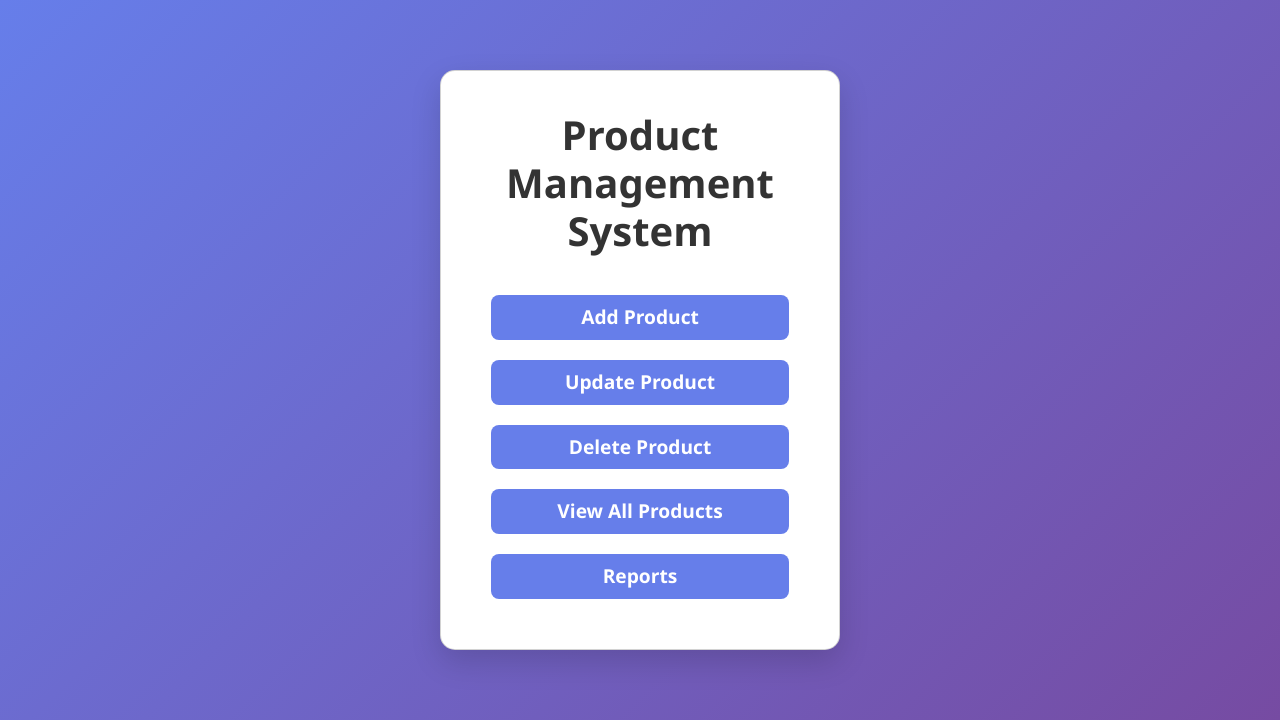
Repository: srushtinb/ProductManagementSystem
Page: http://localhost/ProductManagementSystem/
These files come from the project's save history. The page is drawn as it stood at one moment and after the next save; the edit follows.
The browser window is 1280 px wide. The pictures show the whole page.
Some web libraries are served in a nearby version. The page is served by Tomcat 9. Other server files are loaded and not shown.

Above is the page before, as saved 2025-05-27 10:09:54.

### ProductManagementSystem/src/main/webapp/index.jsp
<%@ page contentType="text/html;charset=UTF-8" language="java" %>
<!DOCTYPE html>
<html lang="en">
<head>
  <meta charset="UTF-8" />
  <meta name="viewport" content="width=device-width, initial-scale=1" />
  <title>Product Management System</title>
  <link href="https://cdn.jsdelivr.net/npm/bootstrap@5.4.3/dist/css/bootstrap.min.css" rel="stylesheet" />
  <style>
    body {
      background: linear-gradient(135deg, #667eea 0%, #764ba2 100%);
      height: 100vh;
      display: flex;
      align-items: center;
      justify-content: center;
      font-family: 'Segoe UI', Tahoma, Geneva, Verdana, sans-serif;
      margin: 0;
    }
    .card {
      background: #ffffff;
      border-radius: 15px;
      padding: 40px 50px;
      box-shadow: 0 12px 30px rgb(0 0 0 / 0.15);
      max-width: 400px;
      width: 100%;
      text-align: center;
    }
    h1 {
      font-weight: 700;
      margin-bottom: 30px;
      color: #333;
    }
    .btn-lg {
      margin: 10px 0;
      width: 100%;
      font-weight: 600;
      font-size: 1.2rem;
      border-radius: 8px;
      transition: all 0.3s ease;
    }
    .btn-primary {
      background-color: #667eea;
      border: none;
    }
    .btn-primary:hover {
      background-color: #5563d4;
    }
  </style>
</head>
<body>

  <div class="card">
    <h1>Product Management System</h1>
    <a href="productadd.jsp" class="btn btn-primary btn-lg">Add Product</a>
    <a href="productupdate.jsp" class="btn btn-primary btn-lg">Update Product</a>
    <a href="productdelete.jsp" class="btn btn-primary btn-lg">Delete Product</a>
    <a href="DisplayProductsServlet" class="btn btn-primary btn-lg">View All Products</a>
    <a href="reports.jsp" class="btn btn-primary btn-lg">Reports</a>
  </div>

  <script src="https://cdn.jsdelivr.net/npm/bootstrap@5.4.3/dist/js/bootstrap.bundle.min.js"></script>
</body>
</html>

After the next save:
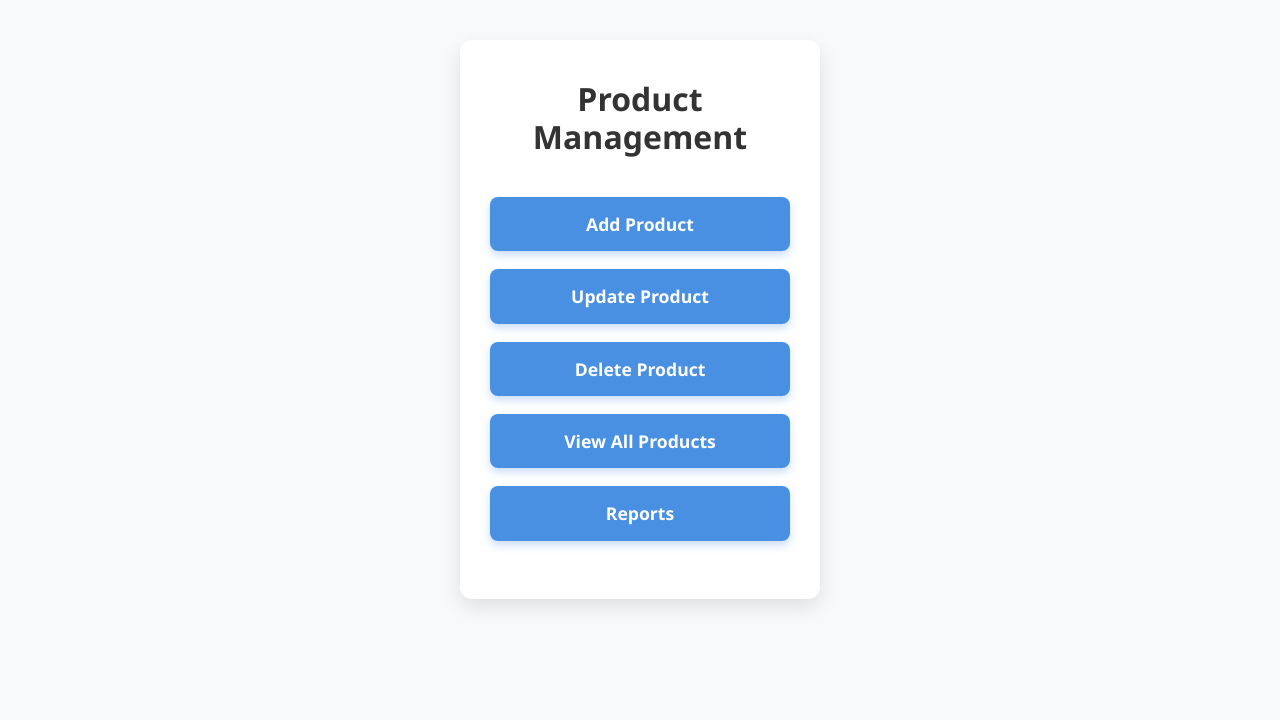
Saved 58 s later.
--- a/ProductManagementSystem/src/main/webapp/index.jsp
+++ b/ProductManagementSystem/src/main/webapp/index.jsp
@@ -8,54 +8,57 @@
   <link href="https://cdn.jsdelivr.net/npm/bootstrap@5.4.3/dist/css/bootstrap.min.css" rel="stylesheet" />
   <style>
     body {
-      background: linear-gradient(135deg, #667eea 0%, #764ba2 100%);
-      height: 100vh;
+      background-color: #f8f9fa; /* light gray background */
+      font-family: 'Segoe UI', Tahoma, Geneva, Verdana, sans-serif;
+      padding: 40px 0;
       display: flex;
-      align-items: center;
       justify-content: center;
-      font-family: 'Segoe UI', Tahoma, Geneva, Verdana, sans-serif;
-      margin: 0;
     }
-    .card {
+    .container {
       background: #ffffff;
-      border-radius: 15px;
-      padding: 40px 50px;
-      box-shadow: 0 12px 30px rgb(0 0 0 / 0.15);
-      max-width: 400px;
+      padding: 40px 30px;
+      border-radius: 12px;
+      box-shadow: 0 8px 20px rgba(0,0,0,0.1);
+      max-width: 360px;
       width: 100%;
       text-align: center;
     }
     h1 {
+      margin-bottom: 40px;
       font-weight: 700;
-      margin-bottom: 30px;
       color: #333;
+      font-size: 2rem;
     }
-    .btn-lg {
-      margin: 10px 0;
+    .btn {
       width: 100%;
+      padding: 14px 0;
+      margin-bottom: 18px;
+      font-size: 1.1rem;
       font-weight: 600;
-      font-size: 1.2rem;
       border-radius: 8px;
-      transition: all 0.3s ease;
+      transition: background-color 0.3s ease;
     }
     .btn-primary {
-      background-color: #667eea;
+      background-color: #4a90e2; /* calm blue */
       border: none;
+      color: white;
+      box-shadow: 0 4px 8px rgba(74, 144, 226, 0.3);
     }
     .btn-primary:hover {
-      background-color: #5563d4;
+      background-color: #357ABD;
+      box-shadow: 0 6px 12px rgba(53, 122, 189, 0.5);
     }
   </style>
 </head>
 <body>
 
-  <div class="card">
-    <h1>Product Management System</h1>
-    <a href="productadd.jsp" class="btn btn-primary btn-lg">Add Product</a>
-    <a href="productupdate.jsp" class="btn btn-primary btn-lg">Update Product</a>
-    <a href="productdelete.jsp" class="btn btn-primary btn-lg">Delete Product</a>
-    <a href="DisplayProductsServlet" class="btn btn-primary btn-lg">View All Products</a>
-    <a href="reports.jsp" class="btn btn-primary btn-lg">Reports</a>
+  <div class="container">
+    <h1>Product Management</h1>
+    <a href="productadd.jsp" class="btn btn-primary">Add Product</a>
+    <a href="productupdate.jsp" class="btn btn-primary">Update Product</a>
+    <a href="productdelete.jsp" class="btn btn-primary">Delete Product</a>
+    <a href="DisplayProductsServlet" class="btn btn-primary">View All Products</a>
+    <a href="reports.jsp" class="btn btn-primary">Reports</a>
   </div>
 
   <script src="https://cdn.jsdelivr.net/npm/bootstrap@5.4.3/dist/js/bootstrap.bundle.min.js"></script>
